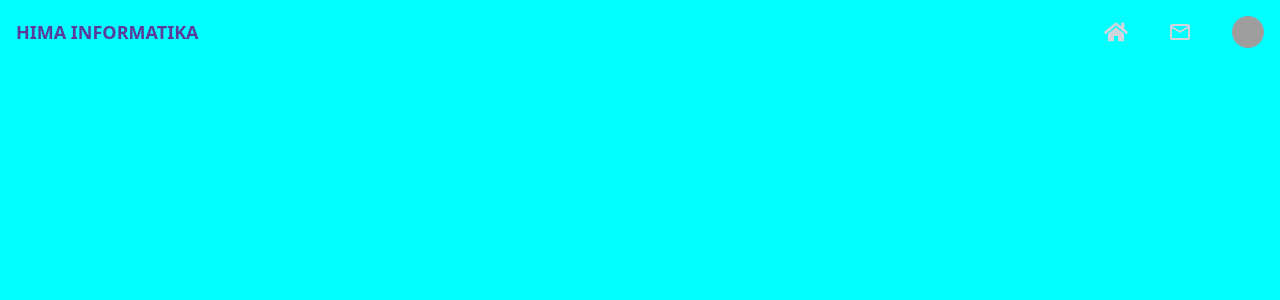
Repository: MUHAMADTEGARWIJAYA/himaif
Page: /
An editor plug-in stored every save of this project. The page is shown before and after the next save, followed by the edit.
The browser window is 1280 px wide. The pictures show the whole page.
Pictures or frames that could not be fetched are drawn as grey boxes. The project was rebuilt for these pictures with package versions that can differ from the ones it lists, and the page was loaded fresh each time. Also part of the build but not shown: vite.config.js.

Above is the page before, as saved 2024-12-21 10:18:26.

### src/main.jsx
import React from 'react'
import ReactDOM from "react-dom/client"
import './index.css'
import App from './App.jsx'
import { BrowserRouter } from 'react-router-dom'

ReactDOM.createRoot(document.getElementById('root')).render(
  <React.StrictMode>
    <BrowserRouter>
    <App />
    </BrowserRouter>
  </React.StrictMode>
);

### src/index.css
@tailwind base;
@tailwind components;
@tailwind utilities;

body{
    background-color: aqua;
}

### src/App.jsx
import { Routes, Route } from "react-router-dom";

import Navbar from "./pages/Navbar";

export default function App() {
  return (
    <Routes>
      <Route path="/" element={<Navbar />}>

      </Route>
    </Routes>
  );
}

### src/pages/Navbar.jsx
import  { useState, useEffect } from "react";
import { FaHome } from "react-icons/fa";
import { MdOutlineEmail } from "react-icons/md";

const Navbar = () => {
  const [isVisible, setIsVisible] = useState(true);

  useEffect(() => {
    const handleScroll = () => {
      // Check scroll position
      if (window.scrollY > 50) {
        setIsVisible(false); // Hide when scrolled down
      } else {
        setIsVisible(true); // Show when at top
      }
    };

    window.addEventListener("scroll", handleScroll);

    // Cleanup event listener on unmount
    return () => {
      window.removeEventListener("scroll", handleScroll);
    };
  }, []);

  return (
    <div className="relative">
      <div
        className={`flex items-center p-4 bg-transparent justify-between space-x-5 text-[#593b9a]  transition-transform duration-300 ${
          isVisible ? "translate-y-0" : "-translate-y-full"
        }`}
      >
        {/* Bagian Kiri */}
        <div className="flex items-center">
          <span className="text-lg font-bold">HIMA INFORMATIKA</span>
        </div>

        {/* Bagian Kanan */}
        <div className="flex items-center relative space-x-10">
          <button className="text-gray-300 hover:text-white">
            <FaHome className="w-6 h-6" />
          </button>
          <button className="text-gray-300 hover:text-white">
            <MdOutlineEmail className="w-6 h-6" />
          </button>
          {/* Avatar */}
          <div className="flex items-center">
            <img
              src="image.jpg" // Gunakan default jika avatar kosong
              alt="User Avatar"
              className="w-8 h-8 rounded-full"
            />
          </div>
        </div>
      </div>
    </div>
  );
};

export default Navbar;

Loaded but not shown: index.html (common file); tailwind.config.js (common file)

After the next save:
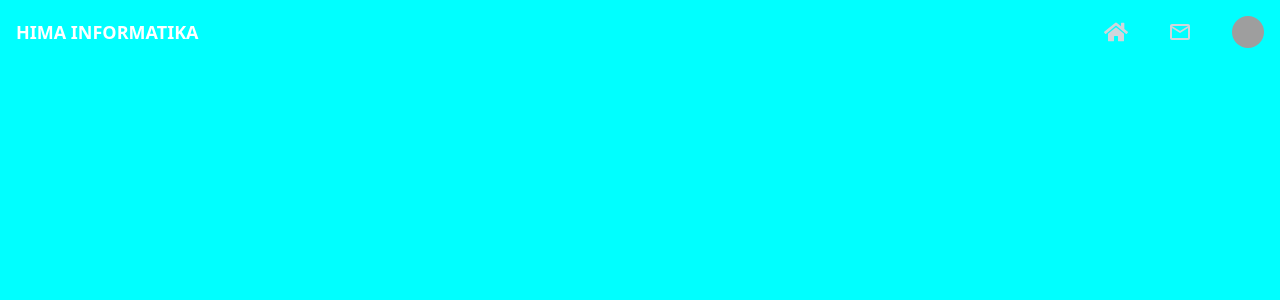
Saved 18 s later.
--- a/src/pages/Navbar.jsx
+++ b/src/pages/Navbar.jsx
@@ -26,7 +26,7 @@ const Navbar = () => {
   return (
     <div className="relative">
       <div
-        className={`flex items-center p-4 bg-transparent justify-between space-x-5 text-[#593b9a]  transition-transform duration-300 ${
+        className={`flex items-center p-4 bg-transparent justify-between space-x-5 text-white  transition-transform duration-300 ${
           isVisible ? "translate-y-0" : "-translate-y-full"
         }`}
       >
